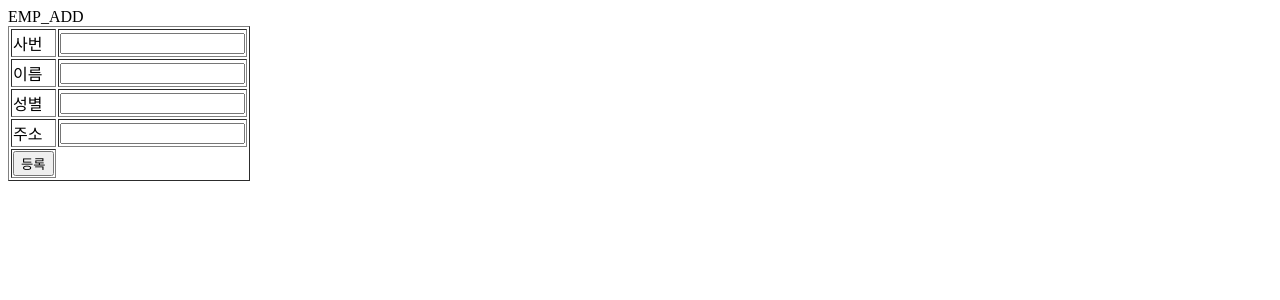
Repository: YOUNARAE/Python
Page: HELLO_PYTHON/day11/templates/mem_add.html
An editor plug-in stored every save of this project. The page is shown before and after the next save, followed by the edit.
The browser window is 1280 px wide. The pictures show the whole page.

Above is the page before, as saved 2022-12-07 03:45:58.

### HELLO_PYTHON/day11/templates/mem_add.html
<!DOCTYPE html>
<html>
<head>
<meta charset="UTF-8">
<title>EMP ADD</title>
</head>
<body>
EMP_ADD
	<form action="mem_add_act" method="post">
		<table border="1">
			<tr>
				<td>사번</td>
				<td><input type="text" name="m_id" value=""></td>
			</tr>
			<tr>
				<td>이름</td>
				<td><input type="text" name="m_nm" value=""></td>
			</tr>
			<tr>
				<td>성별</td>
				<td><input type="text" name="tel" value=""></td>
			</tr>
			<tr>
				<td>주소</td>
				<td><input type="text" name="ymd" value=""></td>
			</tr>
			<tr>
				<td><input type="submit" value="등록"></td>
			</tr>
		</table>
	</form>
</body>
</html>

After the next save:
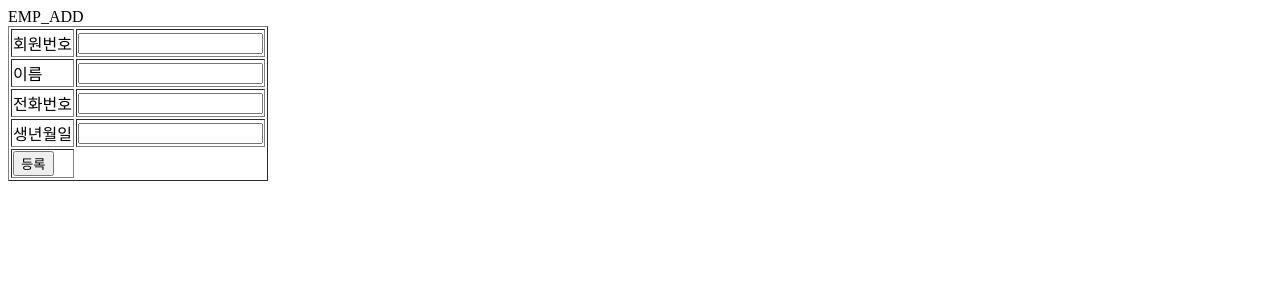
Saved 115 s later.
--- a/HELLO_PYTHON/day11/templates/mem_add.html
+++ b/HELLO_PYTHON/day11/templates/mem_add.html
@@ -9,7 +9,7 @@ EMP_ADD
 	<form action="mem_add_act" method="post">
 		<table border="1">
 			<tr>
-				<td>사번</td>
+				<td>회원번호</td>
 				<td><input type="text" name="m_id" value=""></td>
 			</tr>
 			<tr>
@@ -17,11 +17,11 @@ EMP_ADD
 				<td><input type="text" name="m_nm" value=""></td>
 			</tr>
 			<tr>
-				<td>성별</td>
+				<td>전화번호</td>
 				<td><input type="text" name="tel" value=""></td>
 			</tr>
 			<tr>
-				<td>주소</td>
+				<td>생년월일</td>
 				<td><input type="text" name="ymd" value=""></td>
 			</tr>
 			<tr>
